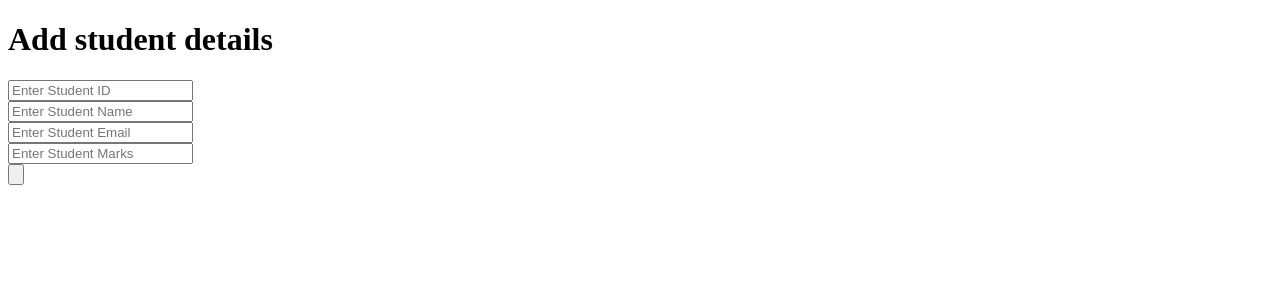
Repository: RathanGP/Spring
Page: http://localhost/SpringMvc_Student/AddStudent.jsp
These files come from the project's save history. The page is drawn as it stood at one moment and after the next save; the edit follows.
The browser window is 1280 px wide. The pictures show the whole page.
The page is served by Tomcat 9. Nobody is signed in. The application's start-up code is not run.

Above is the page before, as saved 2024-08-15 09:43:42.

After the next save:
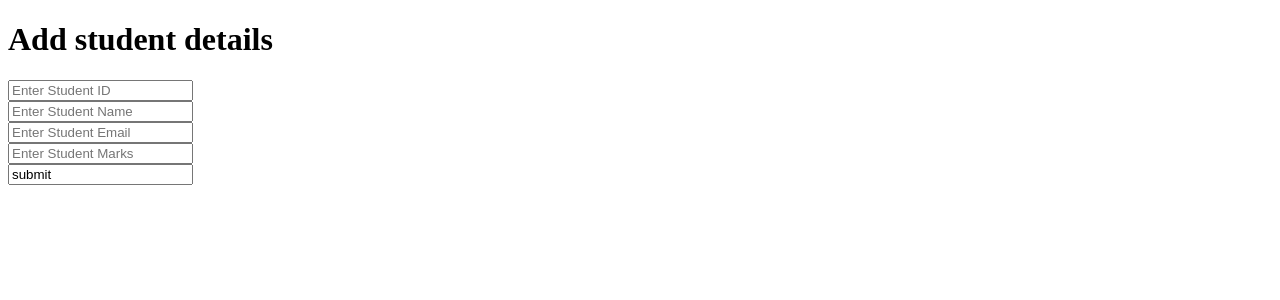
Saved 14 min 36 s later.
--- a/SpringMvc_Student/src/main/webapp/AddStudent.jsp
+++ b/SpringMvc_Student/src/main/webapp/AddStudent.jsp
@@ -13,7 +13,7 @@
 		<input type="text" placeholder="Enter Student Name" name="studentName"><br>
 		<input type="text" placeholder="Enter Student Email" name="studentEmail"><br>
 		<input type="number" placeholder="Enter Student Marks" name="studentMarks"><br>
-		<input type="submit"  value="">
+		<input  value="submit">
 
 	</form>
 </body>

After the save that followed:
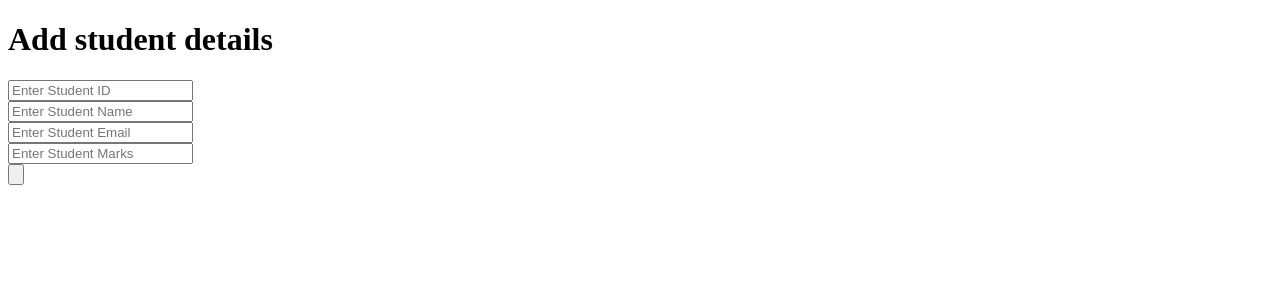
Saved 75 s later.
--- a/SpringMvc_Student/src/main/webapp/AddStudent.jsp
+++ b/SpringMvc_Student/src/main/webapp/AddStudent.jsp
@@ -13,7 +13,7 @@
 		<input type="text" placeholder="Enter Student Name" name="studentName"><br>
 		<input type="text" placeholder="Enter Student Email" name="studentEmail"><br>
 		<input type="number" placeholder="Enter Student Marks" name="studentMarks"><br>
-		<input  value="submit">
+		<input type="submit"  value="">
 
 	</form>
 </body>
